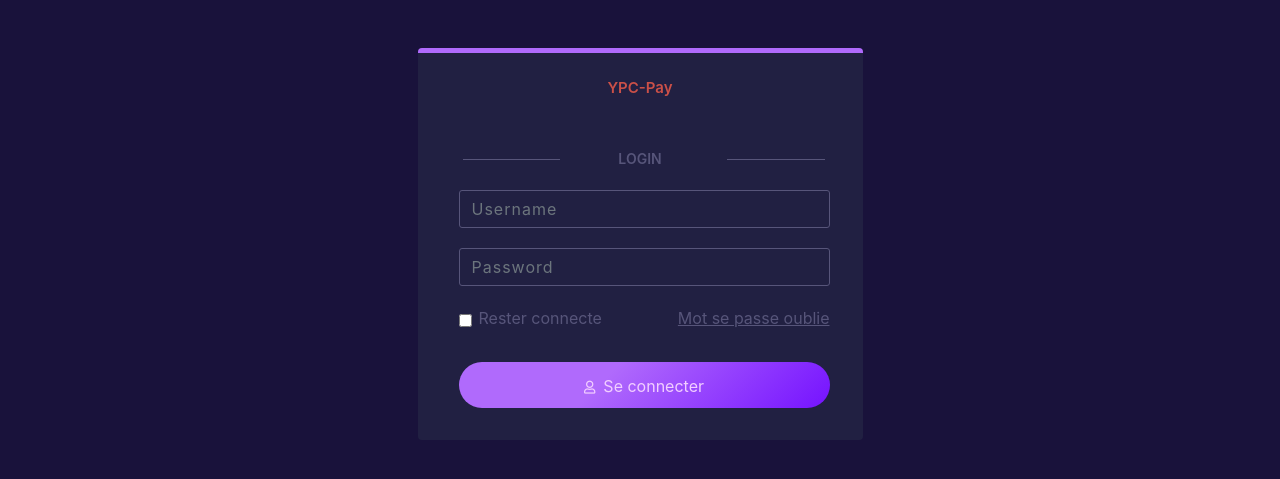
Repository: imamarin/ypcpay
Page: http://localhost/
The author's editor kept a copy of each file at every save. The page is drawn from the files as they stood at one save, then again after the next save.
The browser window is 1280 px wide. The pictures show the whole page.
Some web libraries are served in a nearby version. The page is served by the project's Laravel application, run on PHP 8.4 with Laravel 8. Other server files are loaded and not shown.

Above is the page before, as saved 2022-05-20 13:57:26.
Console error: TypeError: Cannot read properties of undefined (reading 'fn')

### resources/views/login.blade.php
<!DOCTYPE html>
<html lang="{{ str_replace('_', '-', app()->getLocale()) }}">
    <head>
        <meta charset="utf-8">
        <meta name="viewport" content="width=device-width, initial-scale=1">

        <title>Laravel</title>

        <!-- Fonts -->
        <link href="https://stackpath.bootstrapcdn.com/bootstrap/4.3.1/css/bootstrap.min.css" rel="stylesheet">
        <link href="https://use.fontawesome.com/releases/v5.7.2/css/all.css" rel="stylesheet">
        <script src="https://stackpath.bootstrapcdn.com/bootstrap/4.3.1/js/bootstrap.bundle.min.js"></script>
        <script src="https://cdnjs.cloudflare.com/ajax/libs/jquery/3.2.1/jquery.min.js"></script>

        <style>
            body{
                background-color: #19123B;
            }
            .card{
                border: none;
                border-top: 5px solid  rgb(176,106,252);
                background: #212042;
                color: #57557A;
            }
            p{
                font-weight: 600;
                font-size: 15px;
            }
            .fab{
                display: flex;
                justify-content: center;
                align-items: center;
                border: none;
                background: #2A284D;
                height: 40px;
                width: 90px;
            }
            .fab:hover{
                cursor: pointer;
            }
            .fa-twitter{
                color: #56ABEC;
            }
            .fa-facebook{
                color: #1775F1;
            }
            .fa-google{
                color: #CB5048;
            }
            .division{
                float: none;
                position: relative;
                margin: 30px auto 20px;
                text-align: center;
                width: 100%;
                box-sizing: border-box;
            }
            .division .line{
                border-top: 1.5px solid #57557A;;
                position: absolute;
                top: 13px;
                width: 85%;
            }
            .line.l{
                left: 52px;
            }
            .line.r{
                right: 45px;

            }
            .division span{
                font-weight: 600;
                font-size: 14px;
            }
            .myform{
                padding: 0 25px 0 33px;
            }
            .form-control{
                border: 1px solid #57557A;
                border-radius: 3px;
                background: #212042;
                margin-bottom: 20px;
                letter-spacing: 1px;

            }
            .form-control:focus{
                border: 1px solid #57557A;
                border-radius: 3px;
                box-shadow: none;
                background: #212042;
                color: #fff;
                letter-spacing: 1px;
            }
            .bn{
                text-decoration: underline;
            }
            .bn:hover{
                cursor: pointer;
            }
            .form-check-input {
                margin-top: 8px!important;
                }
            .btn-primary{
            background: linear-gradient(135deg, rgba(176,106,252,1) 39%,rgba(116,17,255,1) 101%);
            border: none;
            border-radius: 50px;
            }
            .btn-primary:focus{
                box-shadow: none;
                border: none;
            }
            small{
                color: #F2CEFF;
            }
            .far.fa-user{
                font-size: 13px;
            }

            @media(min-width: 767px){
                .bn{
                    text-align: right;
                }
            }
            @media(max-width: 767px){
                .form-check{
                    text-align: center;
                }
                .bn{
                    text-align: center;
                    align-items: center;
                }
            }
            @media(max-width: 450px){
                .fab{
                    width: 100%;
                    height: 100%;
                }
                .division .line{
                    width: 50%;
                }
            }
        </style>
    </head>
    <body>
        <div class="container">
            <div class="row d-flex justify-content-center mt-5">
                <div class="col-12 col-md-8 col-lg-6 col-xl-5">
                    <div class="card py-3 px-2">
                        <p class="text-center mb-3 mt-2" style="color: #CB5048">YPC-Pay</p>
                        {{-- <div class="row mx-auto ">
                            <div class="col-4">
                                <i class="fab fa-twitter"></i>
                            </div>
                            <div class="col-4">
                                <i class="fab fa-facebook"></i>
                            </div>
                            <div class="col-4">
                                <i class="fab fa-google"></i>
                            </div>
                        </div> --}}
                        <div class="division">
                            <div class="row">
                                <div class="col-3"><div class="line l"></div></div>
                                <div class="col-6"><span>LOGIN</span></div>
                                <div class="col-3"><div class="line r"></div></div>
                            </div>
                        </div>
                        <form class="myform">
                            <div class="form-group">
                                <input type="email" class="form-control" placeholder="Username">
                              </div>
                             <div class="form-group">
                                <input type="password" class="form-control" placeholder="Password">
                              </div>
                              <div class="row">
                                  <div class="col-md-6 col-12">
                                      <div class="form-group form-check">
                                        <input type="checkbox" class="form-check-input" id="exampleCheck1">
                                        <label class="form-check-label" for="exampleCheck1">Rester connecte</label>
                                      </div>
                                  </div>
                                  <div class="col-md-6 col-12 bn">Mot se passe oublie</div>
                              </div>
                              <div class="form-group mt-3">
                                  <button type="button" class="btn btn-block btn-primary btn-lg"><small><i class="far fa-user pr-2"></i>Se connecter</small></button>
                              </div>
                        </form>
                    </div>
                </div>
            </div>
        </div>
    </body>
</html>

Loaded but not shown: routes/web.php (common file)

After the next save:
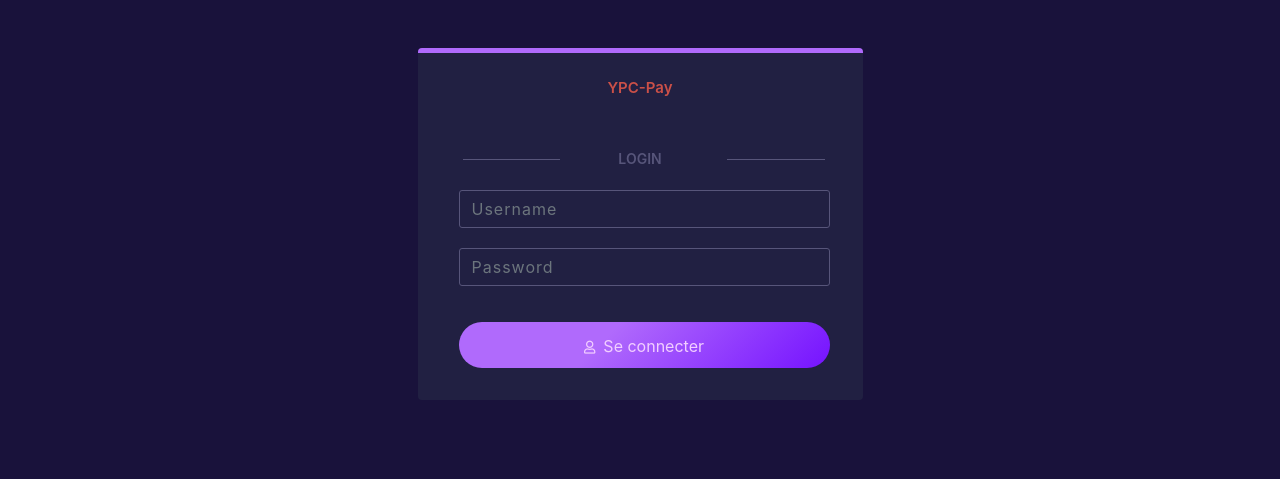
Saved 9 s later.
--- a/resources/views/login.blade.php
+++ b/resources/views/login.blade.php
@@ -174,12 +174,12 @@
                               </div>
                               <div class="row">
                                   <div class="col-md-6 col-12">
-                                      <div class="form-group form-check">
+                                      {{-- <div class="form-group form-check">
                                         <input type="checkbox" class="form-check-input" id="exampleCheck1">
                                         <label class="form-check-label" for="exampleCheck1">Rester connecte</label>
-                                      </div>
+                                      </div> --}}
                                   </div>
-                                  <div class="col-md-6 col-12 bn">Mot se passe oublie</div>
+                                  {{-- <div class="col-md-6 col-12 bn">Mot se passe oublie</div> --}}
                               </div>
                               <div class="form-group mt-3">
                                   <button type="button" class="btn btn-block btn-primary btn-lg"><small><i class="far fa-user pr-2"></i>Se connecter</small></button>
